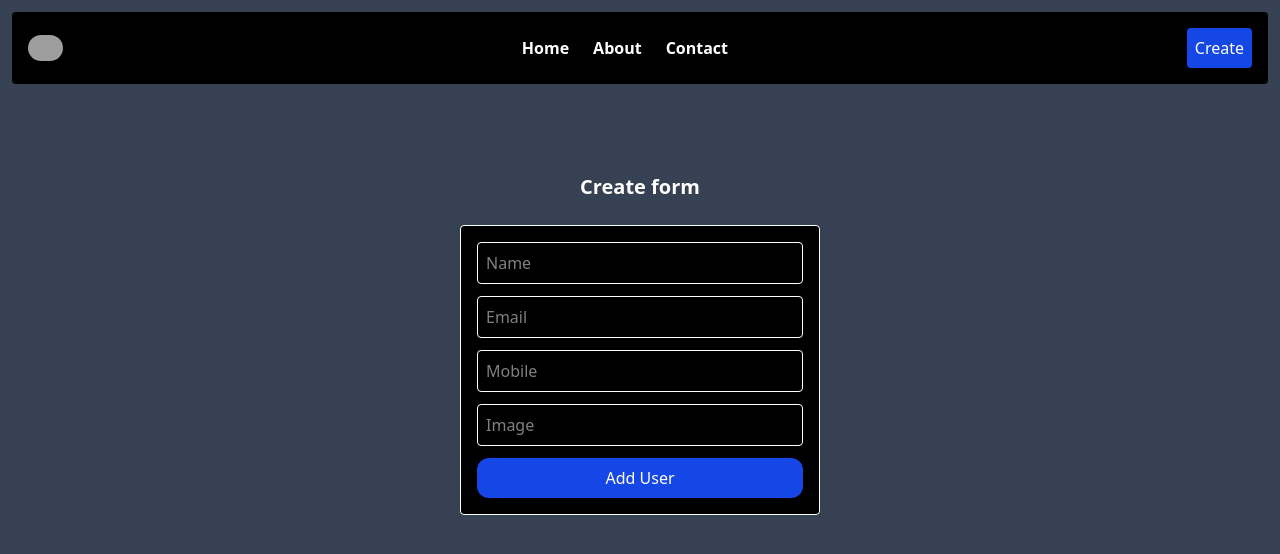
Repository: nileshwankhede03/React-Practices
Page: / (app in RHFValidation_Project/)
An editor plug-in stored every save of this project. The page is shown before and after a run of saves, followed by the edit.
The browser window is 1280 px wide. The pictures show the whole page.
Pictures or frames that could not be fetched are drawn as grey boxes. The project was rebuilt for these pictures with package versions that can differ from the ones it lists, and the page was loaded fresh each time. Also part of the build but not shown: RHFValidation_Project/vite.config.js, RHFValidation_Project/src/components/UserCard.jsx.

Above is the page before, as saved 2026-10-07 11:27:49.

### RHFValidation_Project/src/App.jsx
import { useState } from 'react';
import Navbar from './components/Navbar.jsx';
import UserCard from './components/UserCard.jsx';
import Form from './components/Form.jsx';

const App = () => {
  const [toggle, setToggle] = useState(false);
  const [user, setUser] = useState([]);

  // console.log(user);

  const handleUpdate = (email) => {
    console.log(email);
    const result = user.find((elem) => elem.email === email);
    console.log(result)
  };

  return (
    <div className="p-3 h-screen bg-gray-700 flex flex-col gap-4">
      <Navbar setToggle={setToggle} />

      {toggle ? (
        <div className="flex gap-6 flex-wrap">
          {user.map((elem) => (
            <UserCard
              user={elem}
              handleUpdate={handleUpdate}
              setToggle={setToggle}
            />
          ))}
        </div>
      ) : (
        <div className="flex justify-center h-[70%] items-center">
          <Form setUser={setUser} />
        </div>
      )}
    </div>
  );
};

export default App;

### RHFValidation_Project/src/components/Navbar.jsx
const Navbar = ({ setToggle }) => {
  return (
    <div className=" p-4 bg-black rounded text-white flex items-center justify-between">
      <div>
        <img
          className="rounded-full"
          width={35}
          src="https://img.magnific.com/free-vector/blue-circle-with-white-user_78370-4707.jpg?semt=ais_hybrid&w=740&q=80"
          alt=""
        />
      </div>

      <div className="flex gap-6 font-semibold">
        <p>Home</p>
        <p>About</p>
        <p>Contact</p>
      </div>

      <button
        onClick={() => setToggle((prev) => !prev)}
        className="p-2 bg-blue-700 cursor-pointer rounded"
      >
        Create
      </button>
    </div>
  );
};

export default Navbar;

### RHFValidation_Project/src/components/Form.jsx
import { useForm } from 'react-hook-form';

const Form = ({ setUser }) => {
  let {
    reset,
    register,
    formState: { errors },
    handleSubmit,
  } = useForm({
    mode: 'onchange',
    // defaultValues: {
    //   username: 'Pandu',
    //   email: 'pandu@gmail.com',
    // },
  });

  const formSubmit = (data) => {
    // console.log(data);

    setUser((prev) => [...prev, data]);

    reset();
  };

  // console.log('register -> ', {...register('username')});

  // console.log(errors);

  return (
    <div className="flex flex-col gap-6 items-center text-white">
      <h1 className="text-xl font-bold">Create form</h1>
      <form
        onSubmit={handleSubmit(formSubmit)}
        className="w-90 p-4 bg-black flex flex-col gap-3 rounded border border-white text-white"
      >
        <input
          {...register('username', {
            required: 'Name is required',
            pattern: {
              value: /^\S.*$/,
              message: 'Blank spaces is not allowed',
            },
          })}
          className="p-2 rounded outline-0 border border-white text-white"
          type="text"
          placeholder="Name"
        />
        {errors?.username && (
          <p className="text-red-500">{errors?.username?.message}</p>
        )}

        <input
          {...register('email', {
            required: 'Email is required',
            pattern: {
              value: /^[a-zA-Z0-9._%+-]+@[a-zA-Z0-9.-]+\.[a-zA-Z]{2,}$/,
              message: 'Please enter valid email',
            },
          })}
          className="p-2 rounded outline-0 border border-white text-white"
          type="email"
          placeholder="Email"
        />
        {errors?.email && (
          <p className="text-red-500">{errors?.email?.message}</p>
        )}

        <input
          {...register('mobileNumber', {
            required: 'Mobile Number is required',
            maxLength: { value: 10, message: 'Maximum 10 digits are required' },
            minLength: {
              value: 10,
              message: 'Minimum 10 digits are required',
            },
          })}
          className="p-2 rounded outline-0 border border-white text-white"
          type="number"
          placeholder="Mobile"
        />
        {errors?.mobileNumber && (
          <p className="text-red-500">{errors?.mobileNumber.message}</p>
        )}

        <input
          {...register('image', { required: 'Image is required' })}
          className="p-2 rounded outline-0 border border-white text-white"
          type="url"
          placeholder="Image"
        />
        {errors?.image && (
          <p className="text-red-500">{errors?.image.message}</p>
        )}

        <button className="text-white bg-blue-700 p-2 rounded-xl cursor-pointer">
          Add User
        </button>
      </form>
    </div>
  );
};

export default Form;

Loaded but not shown: RHFValidation_Project/index.html (common file); RHFValidation_Project/src/main.jsx (common file); RHFValidation_Project/src/index.css (common file)

After the next 2 saves:
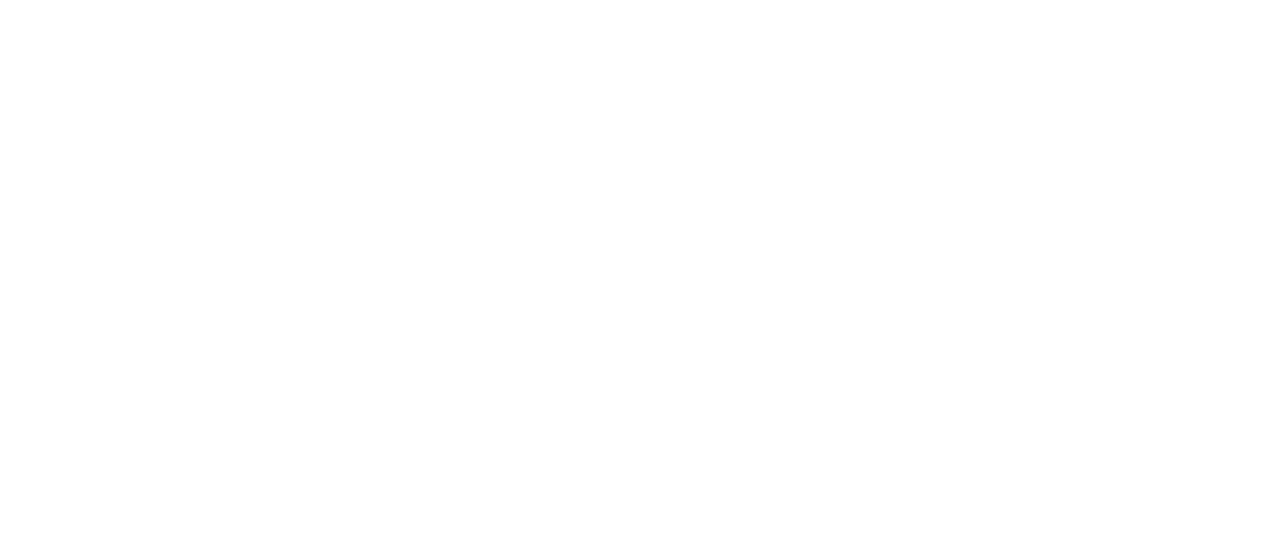
Console error: ReferenceError: usesta is not defined
The 2 saves are shown as one change because they came seconds apart.
The last was saved 84 s later.
--- a/RHFValidation_Project/src/App.jsx
+++ b/RHFValidation_Project/src/App.jsx
@@ -6,6 +6,7 @@
 const App = () => {
   const [toggle, setToggle] = useState(false);
   const [user, setUser] = useState([]);
+  usesta
 
   // console.log(user);
 

After the 2 saves that followed:
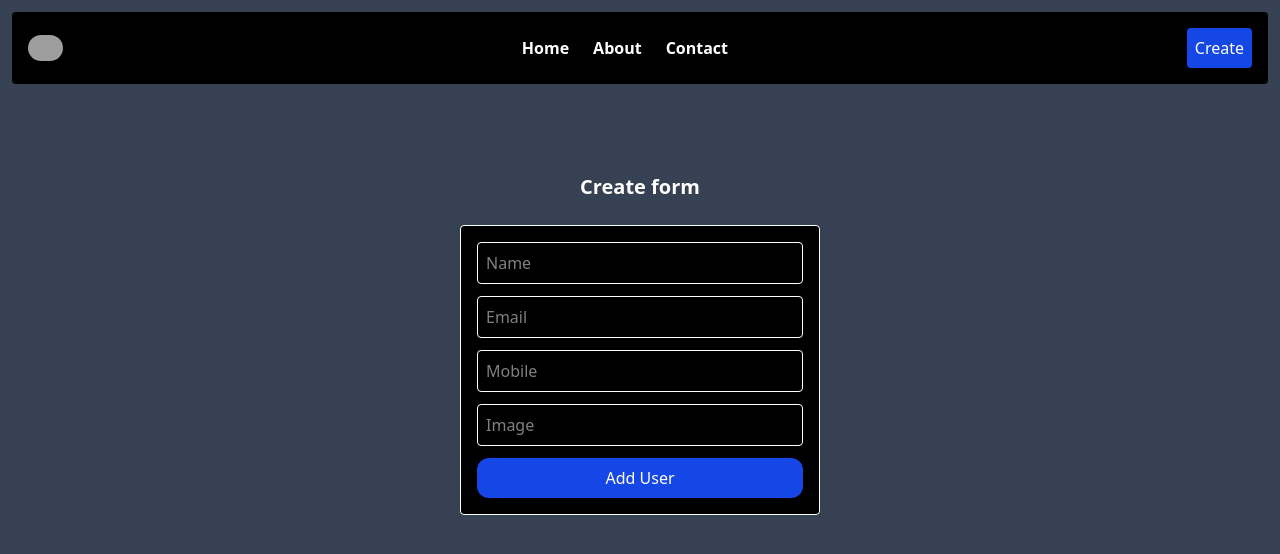
The error is gone.
The 2 saves are shown as one change because they came seconds apart.
The last was saved 12 s later.
--- a/RHFValidation_Project/src/App.jsx
+++ b/RHFValidation_Project/src/App.jsx
@@ -6,7 +6,7 @@
 const App = () => {
   const [toggle, setToggle] = useState(false);
   const [user, setUser] = useState([]);
-  usesta
+  const [editUser, seteditUser] = useState(null);
 
   // console.log(user);
 
